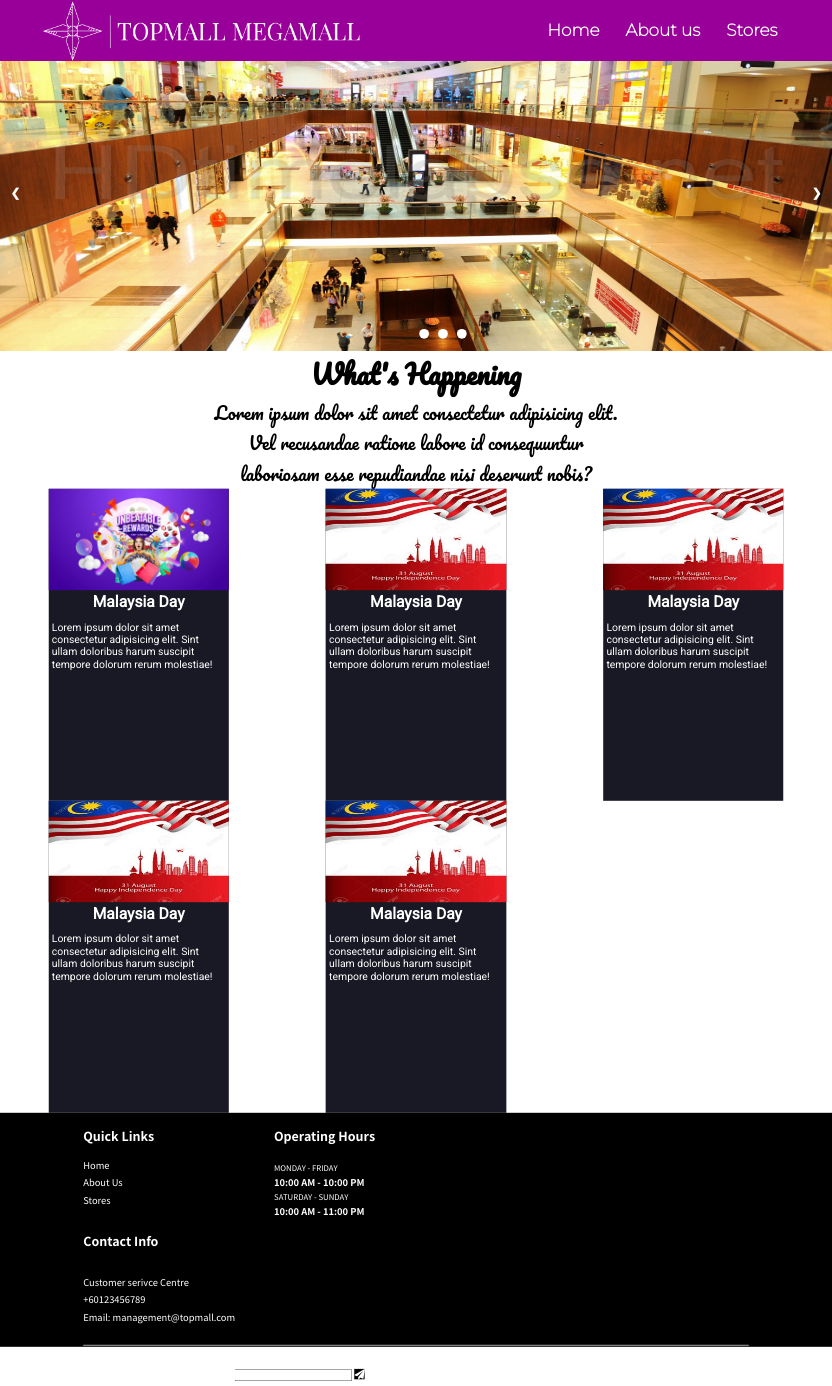
Repository: Jack0Bong/Web-Dev-Assignment
Page: index.html
The author's editor kept a copy of each file at every save. The page is drawn from the files as they stood at one save, then again after the next save.
The browser window is 1280 px wide. The pictures show the whole page, at 65% of full size.

Above is the page before, as saved 2021-09-02 01:56:59.

After the next save:
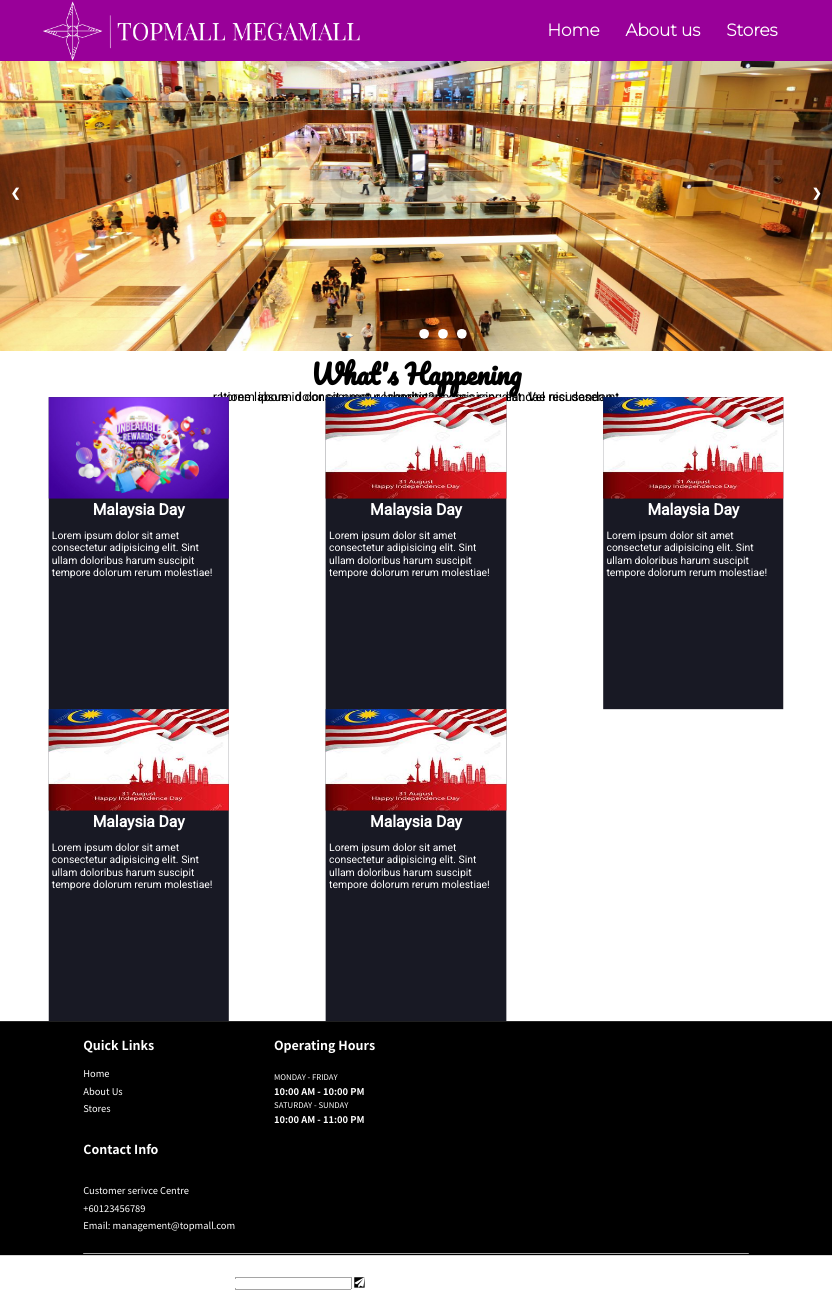
Saved 2 s later.
--- a/index.html
+++ b/index.html
@@ -67,7 +67,7 @@
     <section class="events-section">
         <div class="event-title">
             <h1>What's Happening</h1>
-            <span>Lorem ipsum dolor sit amet consectetur adipisicing elit. Vel recusandae ratione labore id consequuntur laboriosam esse repudiandae nisi deserunt nobis?</span>
+            <p>Lorem ipsum dolor sit amet consectetur adipisicing elit. Vel recusandae ratione labore id consequuntur laboriosam esse repudiandae nisi deserunt nobis?</p>
         </div>
 
         <div class="card-view">
